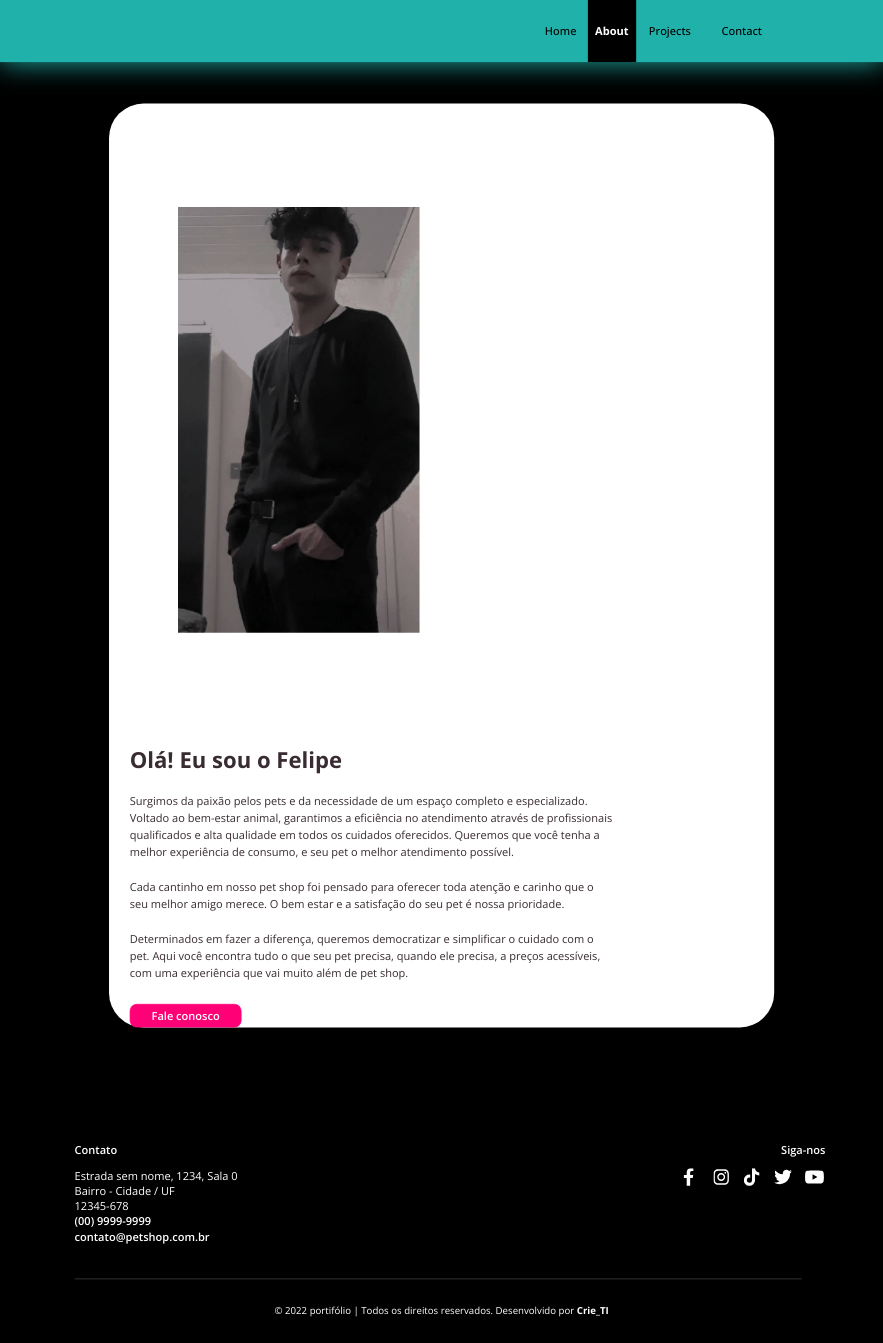
Repository: Fel1pit0/CRIE_TI
Page: Projetos/Portifólio/about.html
An editor plug-in stored every save of this project. The page is shown before and after the next save, followed by the edit.
The browser window is 1280 px wide. The pictures show the whole page, at 69% of full size.

Above is the page before, as saved 2022-05-25 14:50:06.

After the next save:
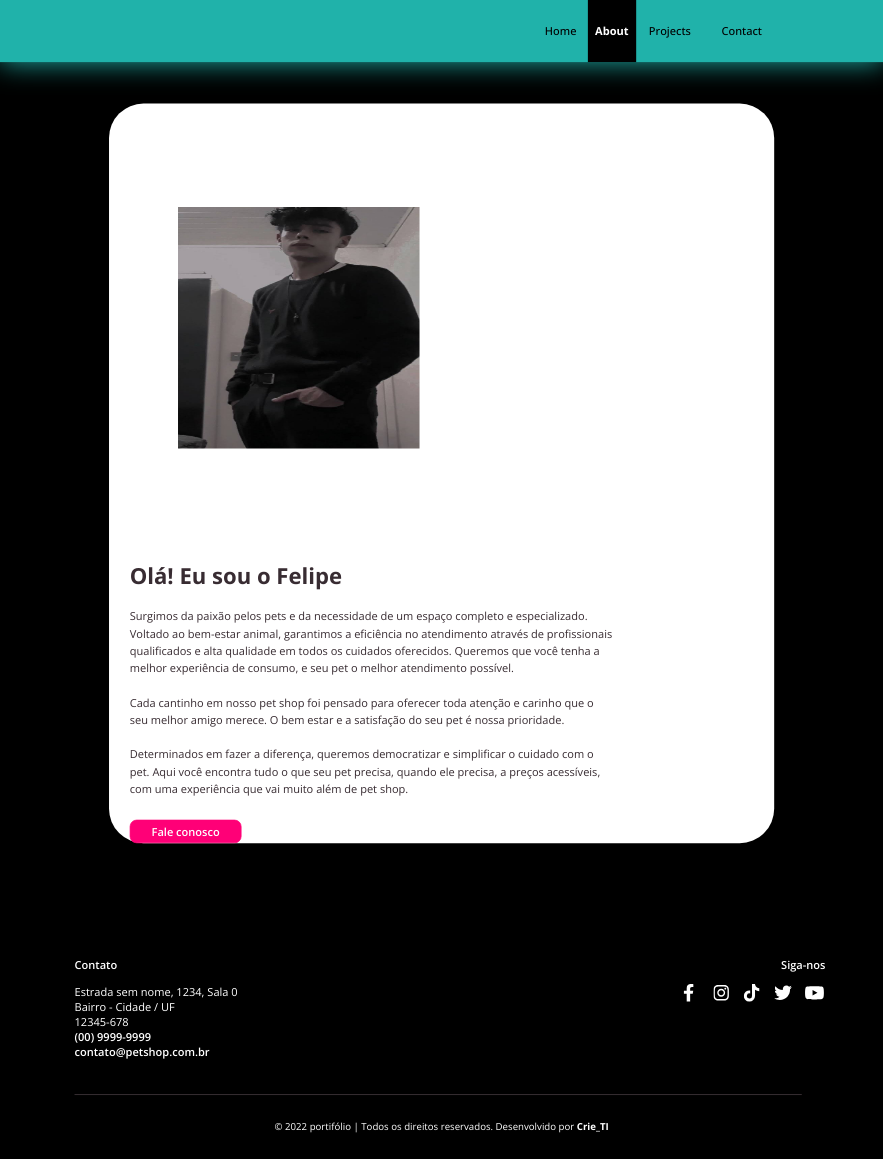
Saved 16 s later.
--- a/Projetos/Portifólio/styles.css
+++ b/Projetos/Portifólio/styles.css
@@ -297,9 +297,8 @@
 .image-about{
   display: inline-block;
   width: 350px;
-  height: auto;
+  height: 350px;
   margin: 150px 0 0 100px;
-  top: 100000px;
 }
 .desc-about{
   display: inline-block;

After the save that followed:
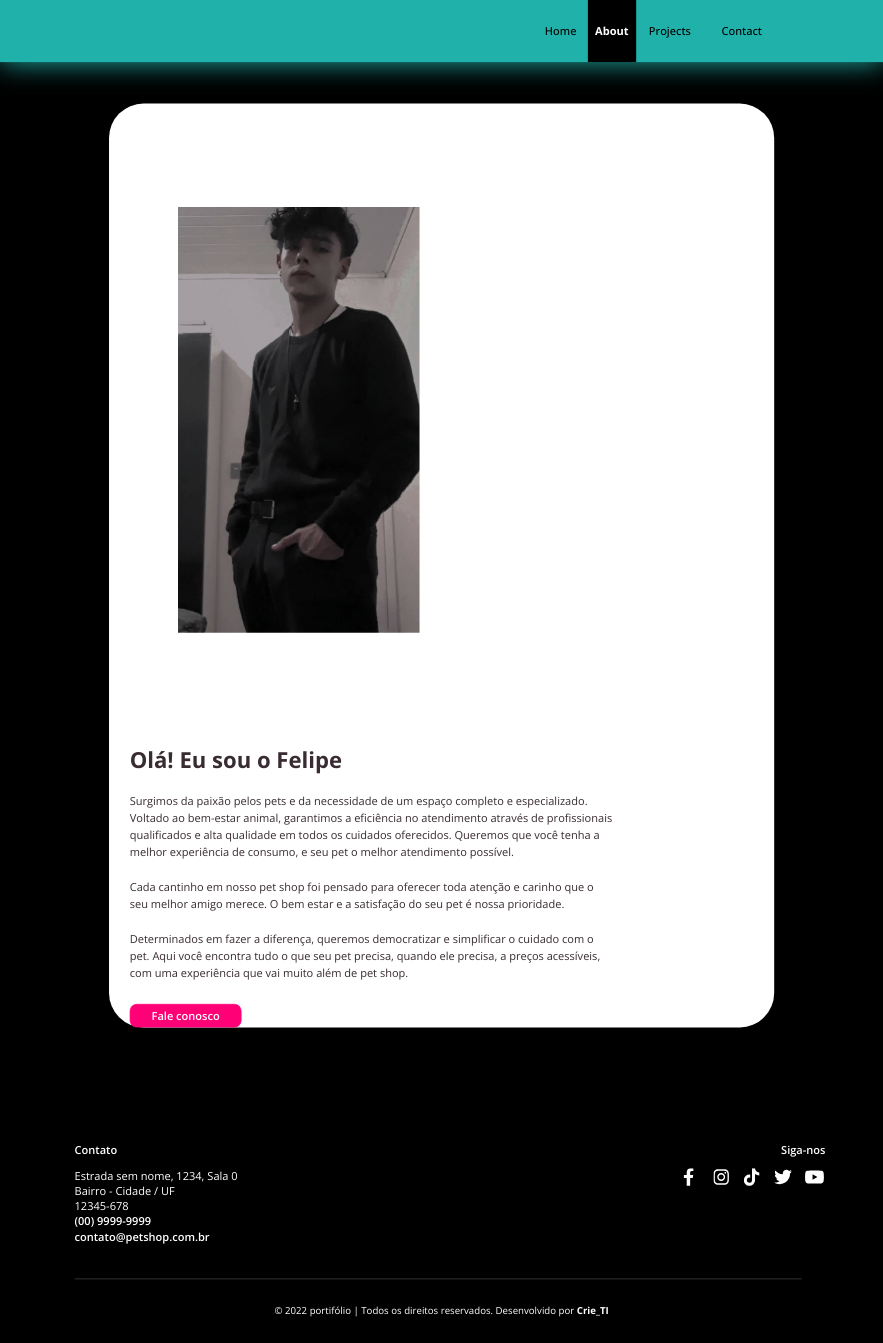
Saved 6 s later.
--- a/Projetos/Portifólio/styles.css
+++ b/Projetos/Portifólio/styles.css
@@ -297,7 +297,7 @@
 .image-about{
   display: inline-block;
   width: 350px;
-  height: 350px;
+  height: auto;
   margin: 150px 0 0 100px;
 }
 .desc-about{
